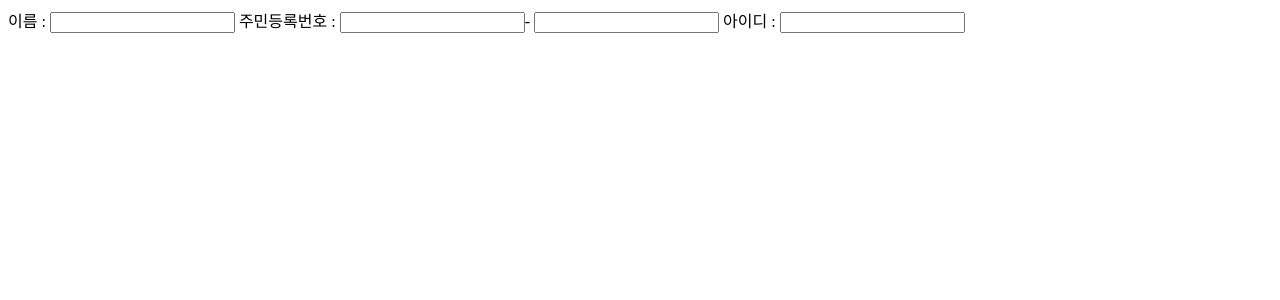
Repository: o3orr/jsp_study
Page: http://localhost/web-study-02/joinForm.jsp
An editor plug-in stored every save of this project. The page is shown before and after the next save, followed by the edit.
The browser window is 1280 px wide. The pictures show the whole page.
The page is served by Tomcat 9. Other server files are loaded and not shown.

Above is the page before, as saved 2024-02-29 04:59:27.

### web-study-02/src/main/webapp/joinForm.jsp
<%@ page language="java" contentType="text/html; charset=UTF-8"
    pageEncoding="UTF-8"%>
<!DOCTYPE html>
<html>
<head>
<meta charset="UTF-8">
<title>Insert title here</title>
</head>
<body>

	<form action="joinServlet" method="post">
		<label for="name">이름 : </label>
		<input type="text" name="name" id="name">

		<label for="jumin1">주민등록번호 : </label>
		<input type="text" name="jumin1" id="jumin1">-
		<input type="password" name="jumin2" id="jumin2">

		<label for="name">아이디 : </label>
		<input type="text" name="id" id="id">
	</form>
</body>
</html>

After the next save:
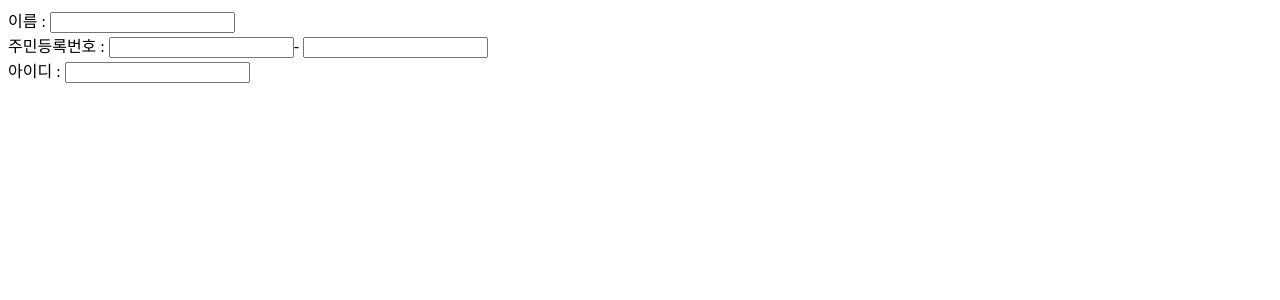
Saved 14 s later.
--- a/web-study-02/src/main/webapp/joinForm.jsp
+++ b/web-study-02/src/main/webapp/joinForm.jsp
@@ -10,14 +10,14 @@
 
 	<form action="joinServlet" method="post">
 		<label for="name">이름 : </label>
-		<input type="text" name="name" id="name">
+		<input type="text" name="name" id="name"><br>
 
 		<label for="jumin1">주민등록번호 : </label>
 		<input type="text" name="jumin1" id="jumin1">-
-		<input type="password" name="jumin2" id="jumin2">
+		<input type="password" name="jumin2" id="jumin2"><br>
 
 		<label for="name">아이디 : </label>
-		<input type="text" name="id" id="id">
+		<input type="text" name="id" id="id"><br>
 	</form>
 </body>
 </html>
